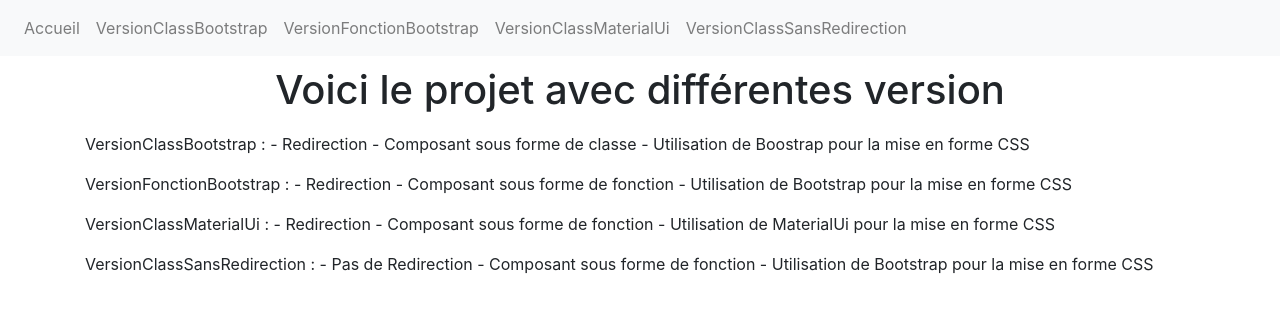
Repository: LudovicB21/CountryTest
Page: /
The author's editor kept a copy of each file at every save. The page is drawn from the files as they stood at one save, then again after the next save.
The browser window is 1280 px wide. The pictures show the whole page.
The project was rebuilt for these pictures with package versions that can differ from the ones it lists, and the page was loaded fresh each time. Also part of the build but not shown: src/components/VersionClassBootstrap/ListPays.components.js, src/components/VersionClassMaterialUi/ListPays.components.js, src/components/VersionFonctionBoostrap/ListPays.components.js, src/components/VersionSansRedirection/ListPays.component.js, src/components/VersionClassBootstrap/InfoPays.components.js, src/components/VersionClassMaterialUi/InfoPays.components.js, src/components/VersionFonctionBoostrap/InfoPays.components.js.

Above is the page before, as saved 2020-10-29 12:19:15.

After the next save:
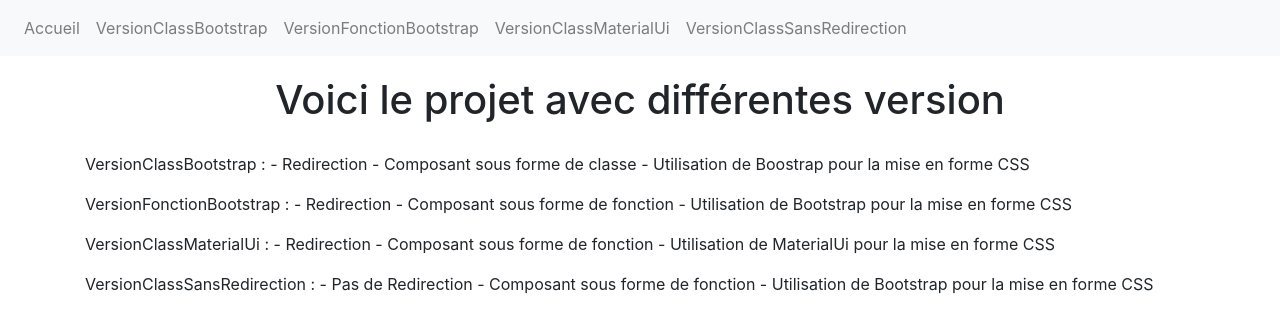
Saved 5 s later.
--- a/src/components/Accueil.js
+++ b/src/components/Accueil.js
@@ -4,7 +4,7 @@ class Accueil extends Component {
     render() {
         return (
             <div className="container">
-                <h1 style={{padding: "10px"}}> Voici le projet avec différentes version  </h1>
+                <h1 style={{padding: "20px"}}> Voici le projet avec différentes version  </h1>
                 <div style={{textAlign: "left"}}>
                     <p> VersionClassBootstrap :{"\n"}
                         - Redirection
